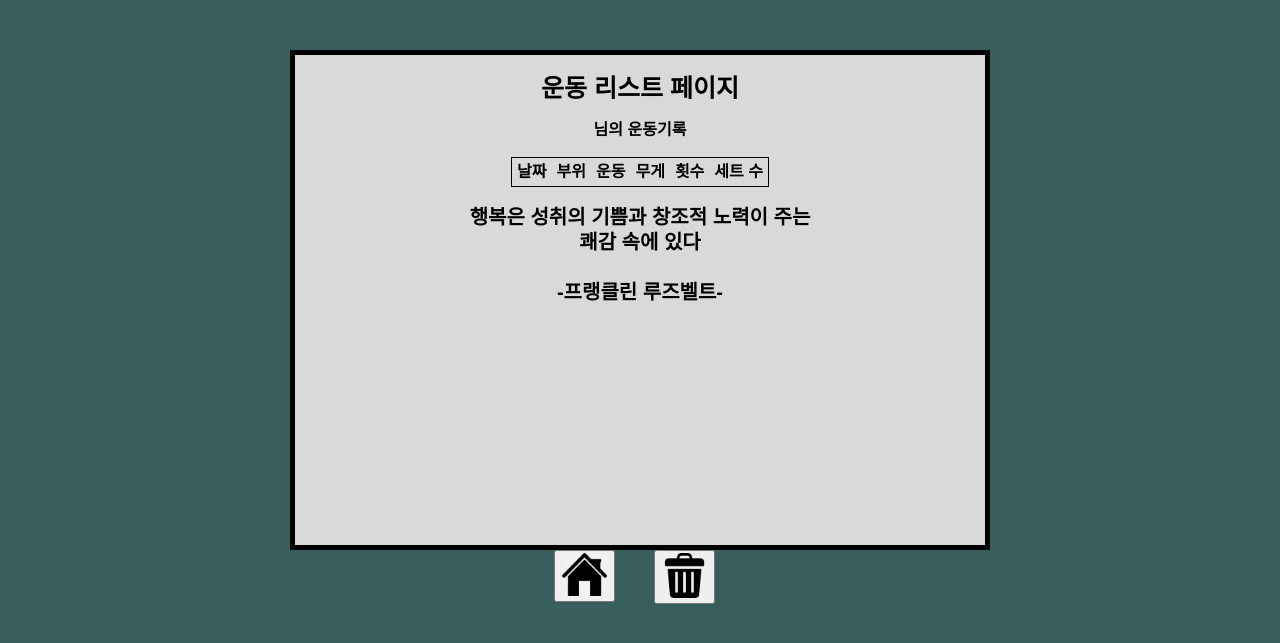
Repository: Up-Min/hrdkorea
Page: http://localhost/jsp_workout/wk_list.jsp
The author's editor kept a copy of each file at every save. The page is drawn from the files as they stood at one save, then again after the next save.
The browser window is 1280 px wide. The pictures show the whole page.
The page is served by Tomcat 9. Other server files are loaded and not shown.

Above is the page before, as saved 2023-01-02 02:19:18.

### jsp_workout/src/main/webapp/wk_list.jsp
<%@ page language="java" contentType="text/html; charset=UTF-8"
	pageEncoding="UTF-8"%>
<%@ taglib prefix="c" uri="http://java.sun.com/jsp/jstl/core"%>
<%@ page import="java.util.*"%>
<%@ page import="DTO.*"%>


<!DOCTYPE html>
<html style = "background-color: #385E5D;">
<head>
<meta charset="UTF-8">
<title>Insert title here</title>
<link rel="stylesheet" href="./css/style.css" />
</head>
<style>
.body{
	width: 700px;
	height: 500px;
	margin: 0 auto;
	background-color: #D9D9D9;
	color: black;
	text-align: center;
	border : 5px solid black;
}

.name{
	font-size: 25px;
	line-height: 30px;
}

table {
	border: 1px solid black;
	text-align: center;
	margin: 0 auto;
	padding : 3px;
}
table th{
	padding : 5px;
}

table td{
	padding : 10px;
}

.change:hover{
	cursor: pointer;
}

.good{
	font-size: 20px;
	line-height: 25px;
}

.delete{
	position: absolute;
	right : 0;
	top: 500px;
	right : 325px;
}

.home{
	position: absolute;
	right : 0;
	top : 500px;
	right : 425px;
}

button:hover{
 cursor: pointer;
}


</style>


<body style = "background-color: #385E5D; width : 800px; margin: 0 auto; margin-top : 50px; position: relative;" >
<div class="body">
	<form name = "list" action="delete" method="post">
		<input type="hidden" name="work_num" value="${work_num}">
		<input type="hidden" name="user_id" value="${user_id}">
		<input type="hidden" name="user_pwd" value="${user_pwd}">
		<br>
		<p class = "name">운동 리스트 페이지</p>
		<br>
		<p>${user_id}님의 운동기록</p>
		<br>
		<table>
			<tr>
				<th>날짜</th>
				<th>부위</th>
				<th>운동</th>
				<th>무게</th>
				<th>횟수</th>
				<th>세트 수</th>
			</tr>
			<c:forEach items="${list}" var="w" varStatus="status">
				<!-- jstl쓰면 굳이 request쓸 필요 없다. (Board board : boardList) -->
				<tr>
					<td>${w.wk_date}</td>
					<td>${w.wk_part}</td>
					<td>${w.ex_name}</td>
					<td>${w.ex_weight}kg</td>
					<td>${w.ex_reps}회</td>
					<td>${w.ex_sets}세트</td>
					<td style="color : #385C92" class="change"
						onclick="location.href = 'edit?user_id=${user_id}&user_pwd=${user_pwd}&user_num=${user_num}&wk_no=${w.wk_number}&ex_num=${w.ex_number}'">
					운동수정</td>
				</tr>

			</c:forEach>
		</table>
		<br>

		<p class = "good">
			행복은 성취의 기쁨과 창조적 노력이 주는 <br> 쾌감 속에 있다 <br><br>
			<b> -프랭클린 루즈벨트- </b>
		</p>


		<button class = "delete" onclick="chk_delete(); return false;"> <img alt="삭제" src="./img/trash-can.png" width="45px"></button>
	</form>
		<button class = "home" onclick="location.href = 'signin?user_id=${user_id}&user_pwd=${user_pwd}'"> <img alt="home" src="./img/home.png" width="45px"> </button>
</div>

	<script type="text/javascript" src="./script.js"></script>
</body>


<%-- 	<table>
		<c:forEach items="${wklist0}" var="w" varStatus="status">
			<input type=hidden value="${w.wk_number}">
			<!-- jstl쓰면 굳이 request쓸 필요 없다. (Board board : boardList) -->
			<tr onclick = "location.href = 'wk_list.jsp?user_num=${num}&list_no=${w.wk_number}'">
				<td>${w.wk_date}</td>
				<td>${w.wk_number}</td>
				<td>${w.ex_number}</td>
				<td>${w.wk_part}</td>
				<td>${w.ex_name}</td>
				<td>${w.ex_weight}</td>
				<td>${w.ex_reps}</td>
				<td>${w.ex_sets}</td>
			</tr>
		</c:forEach>
	</table>

	<hr>
	<table>
		<c:forEach items="${wklist1}" var="w" varStatus="status">
			<input type=hidden value="${w.wk_number}">
			<!-- jstl쓰면 굳이 request쓸 필요 없다. (Board board : boardList) -->
			<tr>
				<td>${w.wk_date}</td>
				<td>${w.wk_number}</td>
				<td>${w.ex_number}</td>
				<td>${w.wk_part}</td>
				<td>${w.ex_name}</td>
				<td>${w.ex_weight}</td>
				<td>${w.ex_reps}</td>
				<td>${w.ex_sets}</td>
			</tr>
		</c:forEach>
	</table>
	<hr>
	<table>
		<c:forEach items="${wklist2}" var="w" varStatus="status">
			<input type=hidden value="${w.wk_number}">
			<!-- jstl쓰면 굳이 request쓸 필요 없다. (Board board : boardList) -->
			<tr>
				<td>${w.wk_date}</td>
				<td>${w.wk_number}</td>
				<td>${w.ex_number}</td>
				<td>${w.wk_part}</td>
				<td>${w.ex_name}</td>
				<td>${w.ex_weight}</td>
				<td>${w.ex_reps}</td>
				<td>${w.ex_sets}</td>
			</tr>
		</c:forEach>
	</table>
	<hr>
	<table>
		<c:forEach items="${wklist3}" var="w" varStatus="status">
			<input type=hidden value="${w.wk_number}">
			<!-- jstl쓰면 굳이 request쓸 필요 없다. (Board board : boardList) -->
			<tr>
				<td>${w.wk_date}</td>
				<td>${w.wk_number}</td>
				<td>${w.ex_number}</td>
				<td>${w.wk_part}</td>
				<td>${w.ex_name}</td>
				<td>${w.ex_weight}</td>
				<td>${w.ex_reps}</td>
				<td>${w.ex_sets}</td>
			</tr>
		</c:forEach>
	</table>
	<hr>
	<table>
		<c:forEach items="${wklist4}" var="w" varStatus="status">
			<input type=hidden value="${w.wk_number}">
			<!-- jstl쓰면 굳이 request쓸 필요 없다. (Board board : boardList) -->
			<tr>
				<td>${w.wk_date}</td>
				<td>${w.wk_number}</td>
				<td>${w.ex_number}</td>
				<td>${w.wk_part}</td>
				<td>${w.ex_name}</td>
				<td>${w.ex_weight}</td>
				<td>${w.ex_reps}</td>
				<td>${w.ex_sets}</td>
			</tr>
		</c:forEach>
	</table>
	<hr>
	<table>
		<c:forEach items="${wklist5}" var="w" varStatus="status">
			<input type=hidden value="${w.wk_number}">
			<!-- jstl쓰면 굳이 request쓸 필요 없다. (Board board : boardList) -->
			<tr>
				<td>${w.wk_date}</td>
				<td>${w.wk_number}</td>
				<td>${w.ex_number}</td>
				<td>${w.wk_part}</td>
				<td>${w.ex_name}</td>
				<td>${w.ex_weight}</td>
				<td>${w.ex_reps}</td>
				<td>${w.ex_sets}</td>
			</tr>
		</c:forEach>
	</table> --%>

</html>

### jsp_workout/src/main/webapp/css/style.css
@charset "UTF-8";
@import url('./reset.css');

* { box-sizing: border-box; }
.video-background {
  background: #000;
  position: fixed;
  top: 0; right: 0; bottom: 0; left: 0;
  z-index: -99;
}
.video-foreground,
.video-background iframe {
  position: absolute;
  top: 0;
  left: 0;
  width: 100%;
  height: 100%;
  pointer-events: none;
}
#vidtop-content {
    top: 0;
    color: #fff;
}
.vid-info { position: absolute; top: 0; right: 0; width: 33%; background: rgba(0,0,0,0.3); color: #fff; padding: 1rem; font-family: Avenir, Helvetica, sans-serif; }
.vid-info h1 { font-size: 2rem; font-weight: 700; margin-top: 0; line-height: 1.2; }
.vid-info a { display: block; color: #fff; text-decoration: none; background: rgba(0,0,0,0.5); transition: .6s background; border-bottom: none; margin: 1rem auto; text-align: center; }
@media all and (max-width: 600px) {
.vid-info { width: 50%; padding: .5rem; }
.vid-info h1 { margin-bottom: .2rem; }
}
@media all and (max-width: 500px) {
.vid-info .acronym { display: none; }
}

*,:after,:before{box-sizing:border-box}
.clearfix:after,.clearfix:before{content:'';display:table}
.clearfix:after{clear:both;display:block}
a{color:inherit;text-decoration:none}

.tab:hover{
	cursor: pointer;
}

.login-wrap{
  width:100%;
  margin:auto;
  max-width:525px;
  min-height:950px;
  position:relative;
  box-shadow:0 12px 15px 0 rgba(0,0,0,.24),0 17px 50px 0 rgba(0,0,0,.19);
}
.login-html{
  width:100%;
  height:100%;
  position:absolute;
  padding:90px 70px 50px 70px;
  background:rgba(40,57,101,.9);
}
.login-html .sign-in-htm,
.login-html .sign-up-htm{
  top:0;
  left:0;
  right:0;
  bottom:0;
  position:absolute;
  transform:rotateY(180deg);
  backface-visibility:hidden;
  transition:all .4s linear;
}
.login-html .sign-in,
.login-html .sign-up,
.login-form .group .check{
  display:none;
}
.login-html .tab,
.login-form .group .label,
.login-form .group .button{
  text-transform:uppercase;
}
.login-html .tab{
  font-size:22px;
  margin-right:15px;
  padding-bottom:5px;
  margin:0 15px 10px 0;
  display:inline-block;
  border-bottom:2px solid transparent;
}
.login-html .sign-in:checked + .tab,
.login-html .sign-up:checked + .tab{
  color:#fff;
  border-color:#1161ee;
}
.login-form{
  min-height:345px;
  position:relative;
  perspective:1000px;
  transform-style:preserve-3d;
}
.login-form .group{
  margin-bottom:15px;
}
.login-form .group .label,
.login-form .group .input,
.login-form .group .button{
  width:100%;
  color:#fff;
  display:block;
}
.login-form .group .input,
.login-form .group .button{
  border:none;
  padding:15px 20px;
  border-radius:25px;
  background:rgba(255,255,255,.1);
}
.login-form .group .button:hover{
	cursor: pointer;
}

.login-form .group input[data-type="password"]{
  text-security:circle;
  -webkit-text-security:circle;
}
.login-form .group .label{
  color:#aaa;
  font-size:12px;
}
.login-form .group .button{
  background:#1161ee;
}
.login-form .group label .icon{
  width:15px;
  height:15px;
  border-radius:2px;
  position:relative;
  display:inline-block;
  background:rgba(255,255,255,.1);
}
.login-form .group label .icon:before,
.login-form .group label .icon:after{
  content:'';
  width:10px;
  height:2px;
  background:#fff;
  position:absolute;
  transition:all .2s ease-in-out 0s;
}
.login-form .group label .icon:before{
  left:3px;
  width:5px;
  bottom:6px;
  transform:scale(0) rotate(0);
}
.login-form .group label .icon:after{
  top:6px;
  right:0;
  transform:scale(0) rotate(0);
}
.login-form .group .check:checked + label{
  color:#fff;
}
.login-form .group .check:checked + label .icon{
  background:#1161ee;
}
.login-form .group .check:checked + label .icon:before{
  transform:scale(1) rotate(45deg);
}
.login-form .group .check:checked + label .icon:after{
  transform:scale(1) rotate(-45deg);
}
.login-html .sign-in:checked + .tab + .sign-up + .tab + .login-form .sign-in-htm{
  transform:rotate(0);
}
.login-html .sign-up:checked + .tab + .login-form .sign-up-htm{
  transform:rotate(0);
}

body{
  margin:0;
  color:#6a6f8c;
  background:#c8c8c8;
  font:600 16px/18px 'Open Sans',sans-serif;
}

.all{
	top : 100px;
	width: 800px;

}

ul{
	list-style: none;
}

tr:hover{
	cursor: pointer;
}

.hr{
  height:2px;
  margin:60px 0 50px 0;
  background:rgba(255,255,255,.2);
}
.foot-lnk{
  text-align:center;
}

### jsp_workout/src/main/webapp/script.js

function signup() {
	let regex = new RegExp('[a-z0-9]+@[a-z]+\.[a-z]{2,3}');
	var f = document.signup_form;
	var p = f.user_pwd.value;
	var p1 = f.user_pwd1.value;
	var i = f.user_id.value;
	var e = f.user_email.value;

	if (i == '') {
		alert("아이디를 입력해 주십시오.");
		i.focus();
		return false;
	}
	if (p == '') {
		alert("비밀번호를 입력해 주십시오.");
		p.focus();
		return false;
	}
	if (p1 == '') {
		alert("비밀번호 확인을 입력해 주십시오.");
		p1.focus();
		return false;
	}
	if (e == '') {
		alert("이메일 주소를 입력해 주십시오.");
		e.focus();
		return false;
	}

	if (p != p1) {
		alert("비밀번호가 일치하지 않습니다. 다시 확인해주세요.");
		p.focus();
		return false;
	} else if (regex.test(e) == false) {
		alert("올바른 이메일 형식이 아닙니다. 다시 확인해주세요.");
		e.focus();
		return false;
	} else {
		alert("회원가입이 완료 되었습니다.");
		f.submit();
	}
}

/*function pwdchk(){
	var f = document.signup_form;
	var p = f.user_pwd.value;
	var p1 = f.user_pwd1.value;



	if(p != p1){
		alert("비밀번호가 일치하지 않습니다. 다시 확인해주세요.")
	}else if(p = p1){
		alert("비밀번호가 일치합니다!")
	}
}*/

function chkpwd2() {
	var f = document.signup_form;
	var p = f.user_pwd.value;
	var p1 = f.user_pwd1.value;
	var r1 = document.getElementById("label_pwd1");
	var r2 = document.getElementById("label_pwd2");

	r1.style.display = 'none';
	r2.style.display = 'none';

	if (p != p1) {
		r1.style.display = 'none';
		r2.style.display = 'block';
	} else if (p == p1) {
		r1.style.display = 'block';
		r2.style.display = 'none';
	}
}

function chkEmail() {
	let regex = new RegExp('[a-z0-9]+@[a-z]+\.[a-z]{2,3}');
	var f = document.signup_form;
	var e = f.user_email.value;
	var e2 = document.getElementById("label_email");
	var e3 = document.getElementById("label_email1");

	e2.style.display = 'none';
	e3.style.display = 'none';

	if (regex.test(e) == false) {
		e2.style.display = 'block';
	}else if (regex.test(e) == true){
		e2.style.display = 'none';
		e3.style.display = 'block';
	}
}


function insert() {
	alert("운동 기록이 완료 되었습니다.");
	submit();
}

function chk_delete() {
	const result = confirm("정말 삭제하시겠습니까?");
	if (result) {
		alert("삭제가 완료 되었습니다.");
		submit();
	}
	return false;
}

function chk_cancel(user_id, user_pwd) {
	var result = confirm("하시던 운동을 취소하시겠습니까?");
	if (result) {
		alert("초기 화면으로 돌아갑니다.");
		location.href = "/jsp_workout/signin?user_id=" + user_id + "&user_pwd=" + user_pwd;
	} else {
		return false;
	}
}

function update() {
	var f = document.editForm;
	var n = f.ex_name.value;
	var w = f.ex_weight.value;
	var r = f.ex_reps.value;
	var s = f.ex_sets.value;

	if (n == '') {
		alert("수정할 운동 이름을 입력해 주십시오.");
		n.focus();
		return false;
	}
	if (w == '') {
		alert("수정할 운동 무게를 입력해 주십시오.");
		w.focus();
		return false;
	}
	if (r == '') {
		alert("수정할 운동 횟수를 입력해 주십시오.");
		r.focus();
		return false;
	}
	if (s == '') {
		alert("수정할 운동 세트를 입력해 주십시오.");
		s.focus();
		return false;
	}

	alert("수정이 완료 되었습니다.");
	submit();
}


function logout() {
	alert("로그아웃이 완료 되었습니다!");
	location.href = "/jsp_workout/";
}

### jsp_workout/src/main/webapp/css/reset.css
/* 홈페이지 초기화 reset.css */

/* http://meyerweb.com/eric/tools/css/reset/
   v2.0 | 20110126
   License: none (public domain)
*/

html, body, div, span, applet, object, iframe,
h1, h2, h3, h4, h5, h6, p, blockquote, pre,
a, abbr, acronym, address, big, cite, code,
del, dfn, em, img, ins, kbd, q, s, samp,
small, strike, strong, sub, sup, tt, var,
b, u, i, center,
dl, dt, dd, ol, ul, li,
fieldset, form, label, legend,
table, caption, tbody, tfoot, thead, tr, th, td,
article, aside, canvas, details, embed,
figure, figcaption, footer, header, hgroup,
menu, nav, output, ruby, section, summary,
time, mark, audio, video {
	margin: 0;
	padding: 0;
	border: 0;
	font-size: 100%;
	font: inherit;
	vertical-align: baseline;
	font-family: 'Jua', sans-serif;
}
/* HTML5 display-role reset for older browsers */
article, aside, details, figcaption, figure,
footer, header, hgroup, menu, nav, section {
	display: block;
}
body {
	line-height: 1;
}
ol, ul {
	list-style: none;
}
blockquote, q {
	quotes: none;
}
blockquote:before, blockquote:after,
q:before, q:after {
	content: '';
	content: none;
}
table {
	border-collapse: collapse;
	border-spacing: 0;
}

/* 추가 */

a { text-decoration: none !important;
	color: black;
}

header, footer, section {
	box-sizing:border-box;
}

iframe { /* 영상때문에 쓰임. 영상 크기 맞춰둠. */
	width: 100%;
}

After the next save:
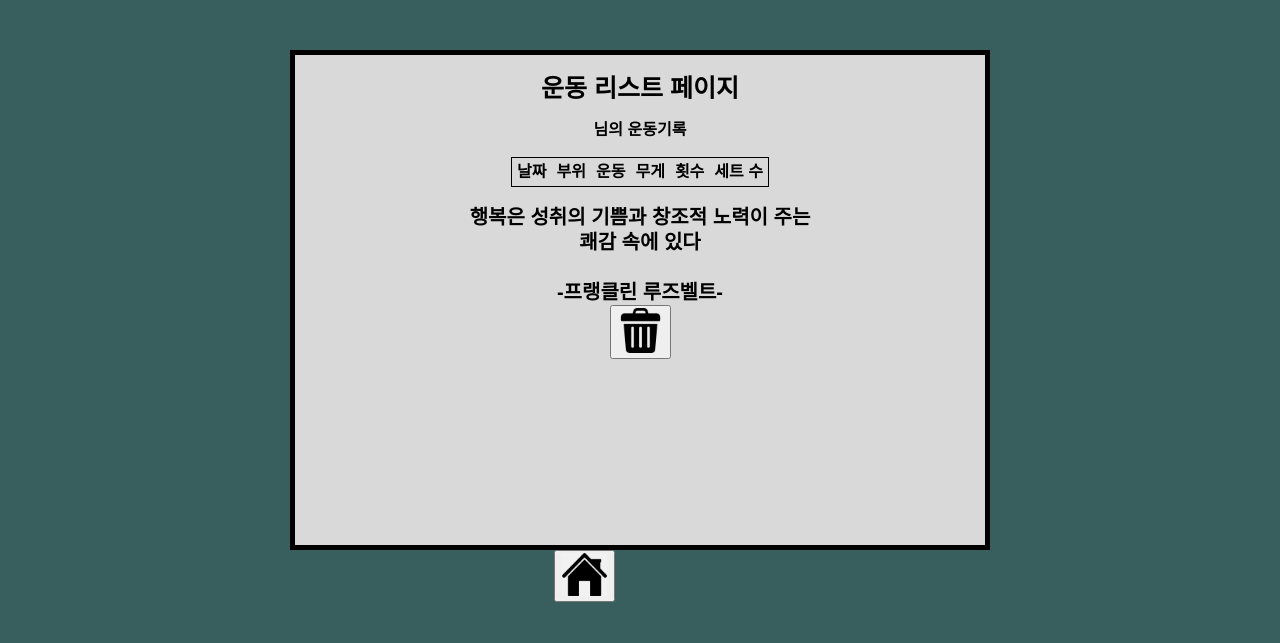
Saved 86 s later.
--- a/jsp_workout/src/main/webapp/wk_list.jsp
+++ b/jsp_workout/src/main/webapp/wk_list.jsp
@@ -117,7 +117,7 @@ button:hover{
 		</p>
 
 
-		<button class = "delete" onclick="chk_delete(); return false;"> <img alt="삭제" src="./img/trash-can.png" width="45px"></button>
+		<button class = "button" onclick="chk_delete(); return false;"> <img alt="삭제" src="./img/trash-can.png" width="45px"></button>
 	</form>
 		<button class = "home" onclick="location.href = 'signin?user_id=${user_id}&user_pwd=${user_pwd}'"> <img alt="home" src="./img/home.png" width="45px"> </button>
 </div>
